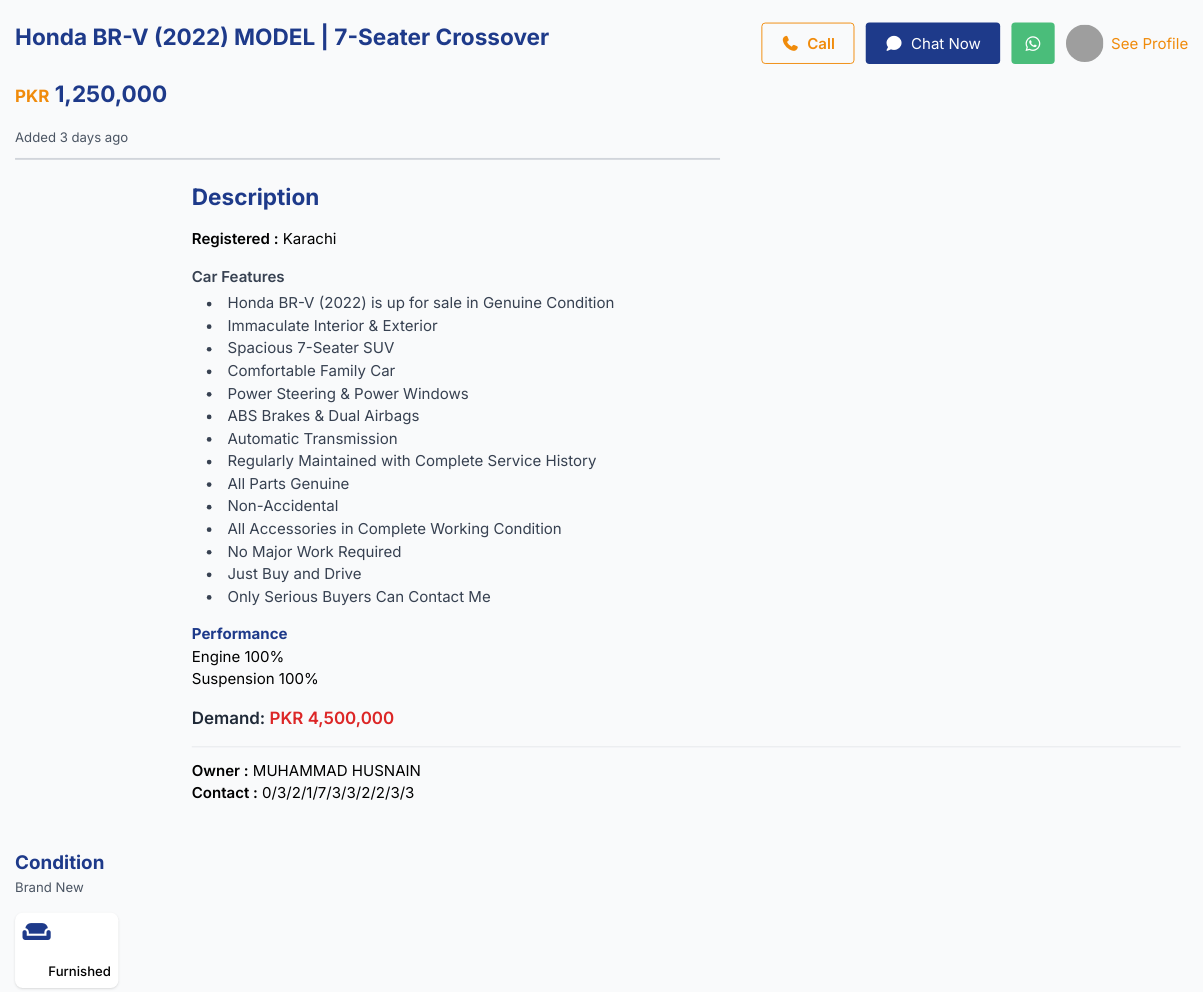
Repository: ARFA-SAEED/miljayega
Page: src/motorsPage/bikes_1.html
These files come from the project's save history. The page is drawn as it stood at one moment and after the next save; the edit follows.
The browser window is 1280 px wide. The pictures show the part of the page from y = 633 to 1688 px (the page is 2670 px tall), at 94% of full size.
Pictures or frames that could not be fetched are drawn as grey boxes. A picture or video elsewhere on the page could not be fetched, so the positions and the page height are approximate. Some web fonts or font styles are not loaded; a fallback is used. Some web libraries are served in a nearby version.

Above is the page before, as saved 2025-08-25 13:27:02.

After the next save:
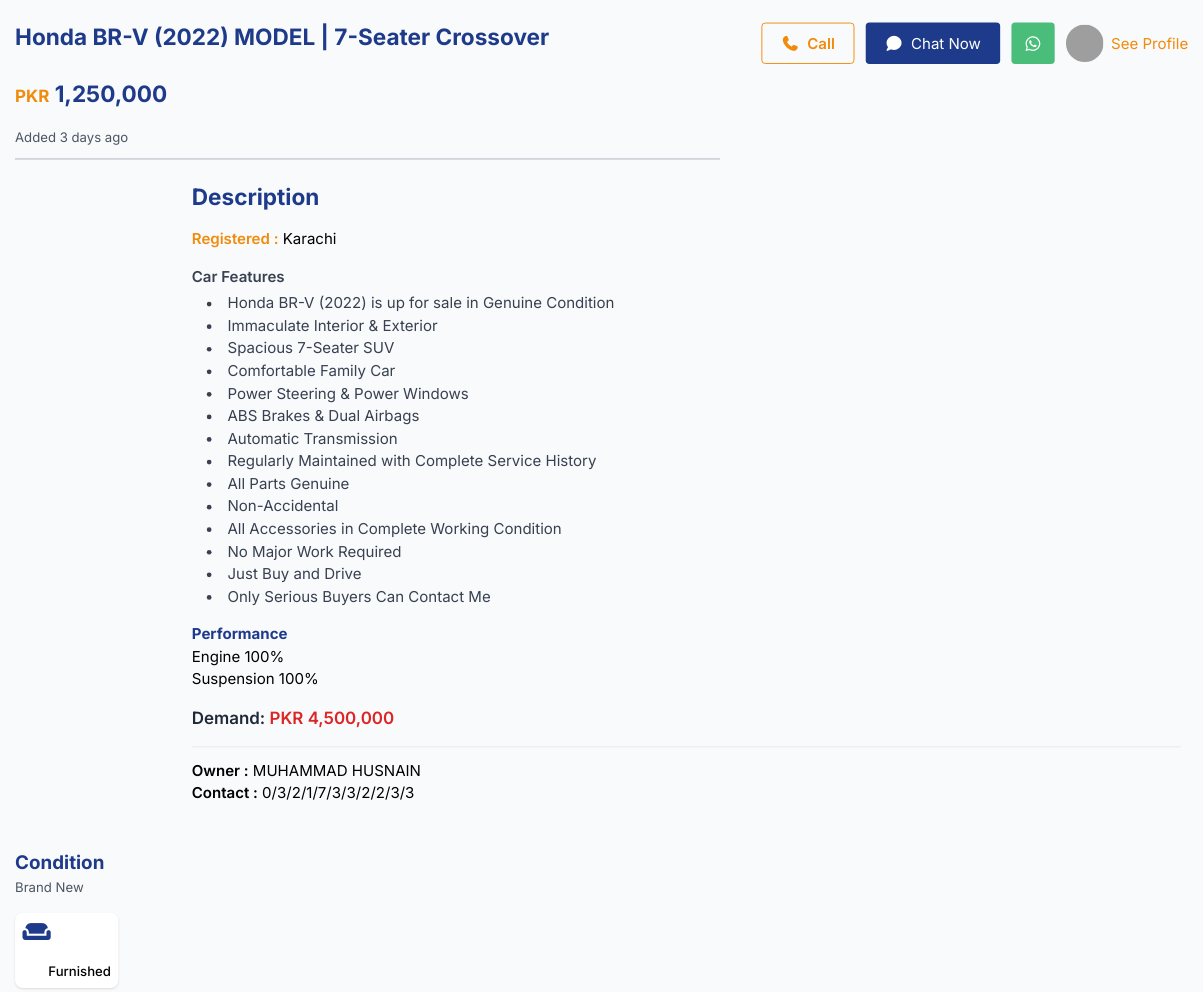
Saved 17 s later.
--- a/src/motorsPage/bikes_1.html
+++ b/src/motorsPage/bikes_1.html
@@ -149,7 +149,7 @@
     <div class=" p-6 ms-[180px] space-y-4">
         <h3 class="text-2xl font-bold text-blue-900">Description</h3>
 
-        <p><span class="font-semibold">Registered :</span> Karachi</p>
+        <p><span class="font-semibold text-[#F08B0B]">Registered :</span> Karachi</p>
 
         <ol class="list-style-type-non list-inside space-y-1 text-gray-700">
             <li><span class="font-semibold">Car Features</span></li>
